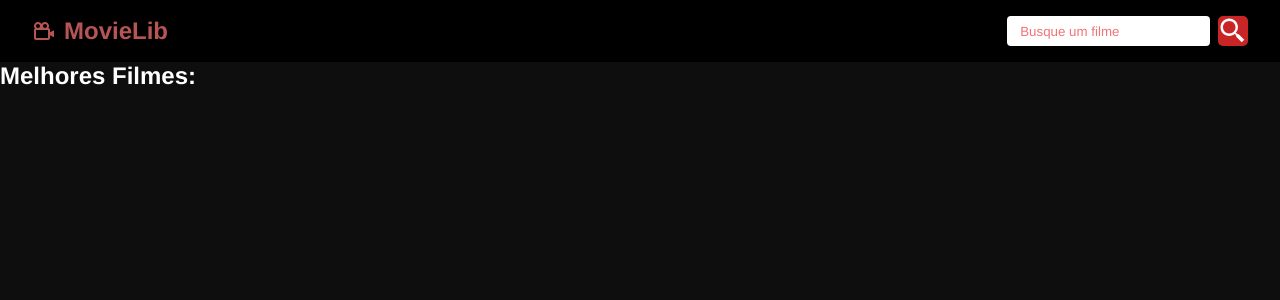
Repository: gustavo-eng/MovieLib
Page: /
An editor plug-in stored every save of this project. The page is shown before and after the next save, followed by the edit.
The browser window is 1280 px wide. The pictures show the whole page.
The page's requests for data from a server got no answer. The project was rebuilt for these pictures with package versions that can differ from the ones it lists, and the page was loaded fresh each time. No one was signed in, and anything a server would have sent is missing. Also part of the build but not shown: vite.config.js, src/Pages/Movie.jsx, src/Components/MovieCard.jsx, src/Pages/Search.jsx.

Above is the page before, as saved 2023-01-02 19:28:48.

### src/main.jsx
import React from 'react'
import ReactDOM from 'react-dom/client'

import './index.css'

import {BrowserRouter, Routes,  Route } from 'react-router-dom'

import App from './App'
import Movie from './Pages/Movie'
import Home from './Pages/Home'
import Search from './Pages/Search'

ReactDOM.createRoot(document.getElementById('root')).render(
  <React.StrictMode>
    <BrowserRouter>
      <Routes>
        <Route element={<App />}>
          <Route path='/' element={<Home/>}/>
          <Route path='movie/:id' element={<Movie />}/>
          <Route path='search' element={<Search />}/>
        </Route>
      </Routes>
    </BrowserRouter>
  </React.StrictMode>,
)

### src/index.css
* {
  font-family: 'Franklin Gothic Medium', 'Arial Narrow', Arial, sans-serif;
  margin: 0;
  padding: 0;
  box-sizing: border-box;
}

body {
  background-color: rgb(14, 14, 14);
  color: white;
}

a {
  text-decoration: none;
  color: rgb(183, 84, 84);
  transition: .3s;
}

a:hover {
  color: rgb(137, 42, 42) ;
}

### src/App.jsx
import { useState } from 'react'
import React from 'react'

//Rotas
import { Link, Outlet } from 'react-router-dom'

//Components
import Navbar from './Components/Navbar'

function App() {
  const [count, setCount] = useState(0)

  return (
    <div className="App">
      <Navbar />
      <Outlet />
    </div>
  )
}

export default App

### src/Pages/Home.jsx
import React from "react";
import { useState } from "react";
import { useEffect } from "react";

//Components
import MovieCard from "../Components/MovieCard";

//URL Api
const moviesURL = import.meta.env.VITE_API;
const apiKey = import.meta.env.VITE_API_KEY;


const Home = () => {
    const [topFilmes, setTopFilmes] = useState([])

    const getTopFilmes = async (url) => {
        const res = await fetch(url)
        const data = await res.json()

        console.warn(data.results)
        setTopFilmes(data.results)

    }

    useEffect(() => {
        const topRateUrl = `${moviesURL}top_rated?${apiKey}`
        getTopFilmes(topRateUrl)
        console.log(topRateUrl)
    }, [])


    return (
        <div className="container">
            <h2 className="title"> Melhores Filmes: </h2>
            <div className="movies-container">
                {topFilmes ? topFilmes.map((filme) => <MovieCard movie={filme} key={filme.id}/>) : null}
            </div>
        </div>
    )
}

export default Home;

### src/Components/Navbar.jsx
import React from "react";

import { useState } from "react";
//Rotas
import { Link } from "react-router-dom";

//css
import './NavBar.css'

//Icons
import {BiCameraMovie, BiSearchAlt2} from 'react-icons/bi'

const Navbar = () => {
    return (
       <nav id="navbar">
            <h2>
                <Link to={'/'}><BiCameraMovie /> MovieLib </Link>
            </h2>
            <form>
                <input type="text" placeholder="Busque um filme"/>
                <button type="submit"> <BiSearchAlt2 /></button>
            </form>
       </nav>
    )
}

export default Navbar;

### src/Components/NavBar.css


#navbar {
    display: flex;
    justify-content: space-between;
    align-items: center;
    padding: 1rem 2rem;
    background-color: rgb(0, 0, 0);
}


#navbar h2 a {
    display: flex;
    align-items: center;
    gap: 0.5rem;
}


#navbar form {
    display: flex;
    gap: .5rem;
}

#navbar input {
    padding: 0.2rem 0.8rem;
    border-radius: 4px;
    border: none;
    outline: none;

}

#navbar input:hover {
    background-color: rgb(249, 246, 246);
}

#navbar input::placeholder {
    color: rgb(241, 115, 115);
    font-weight: 200;
}

#navbar form button {
    display: flex;
    background-color: rgb(200, 38, 38);
    color: rgb(252, 252, 252);
    border-radius: 5px;
    font-size: 30px;
    border-width: 0px;
    cursor: pointer;
    align-items: center;
    transition: .8s;
}

#navbar form button :hover {
    background-color: rgb(101, 7, 7);
    color: rgb(174, 174, 174);
    border-radius: 5px;
}

### src/Components/MovieCard.css
.container .title {
    color: white;
    font-size: 3px;
    text-align: center;
    margin:  2rem 0 1rem;
}

.title .query-text {
    color: rgb(215, 66, 66);
}


.movies-container {
    display: flex;
    flex-wrap: wrap;
    justify-content: space-around;
}

Loaded but not shown: index.html (common file)

After the next save:
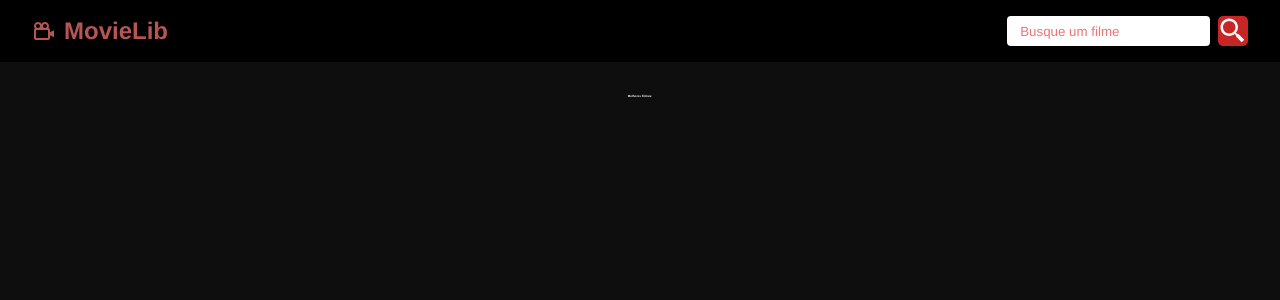
Saved 55 s later.
--- a/src/Pages/Home.jsx
+++ b/src/Pages/Home.jsx
@@ -8,6 +8,9 @@ import MovieCard from "../Components/MovieCard";
 //URL Api
 const moviesURL = import.meta.env.VITE_API;
 const apiKey = import.meta.env.VITE_API_KEY;
+
+//CSS
+import '../Components/MovieCard.css'
 
 
 const Home = () => {
